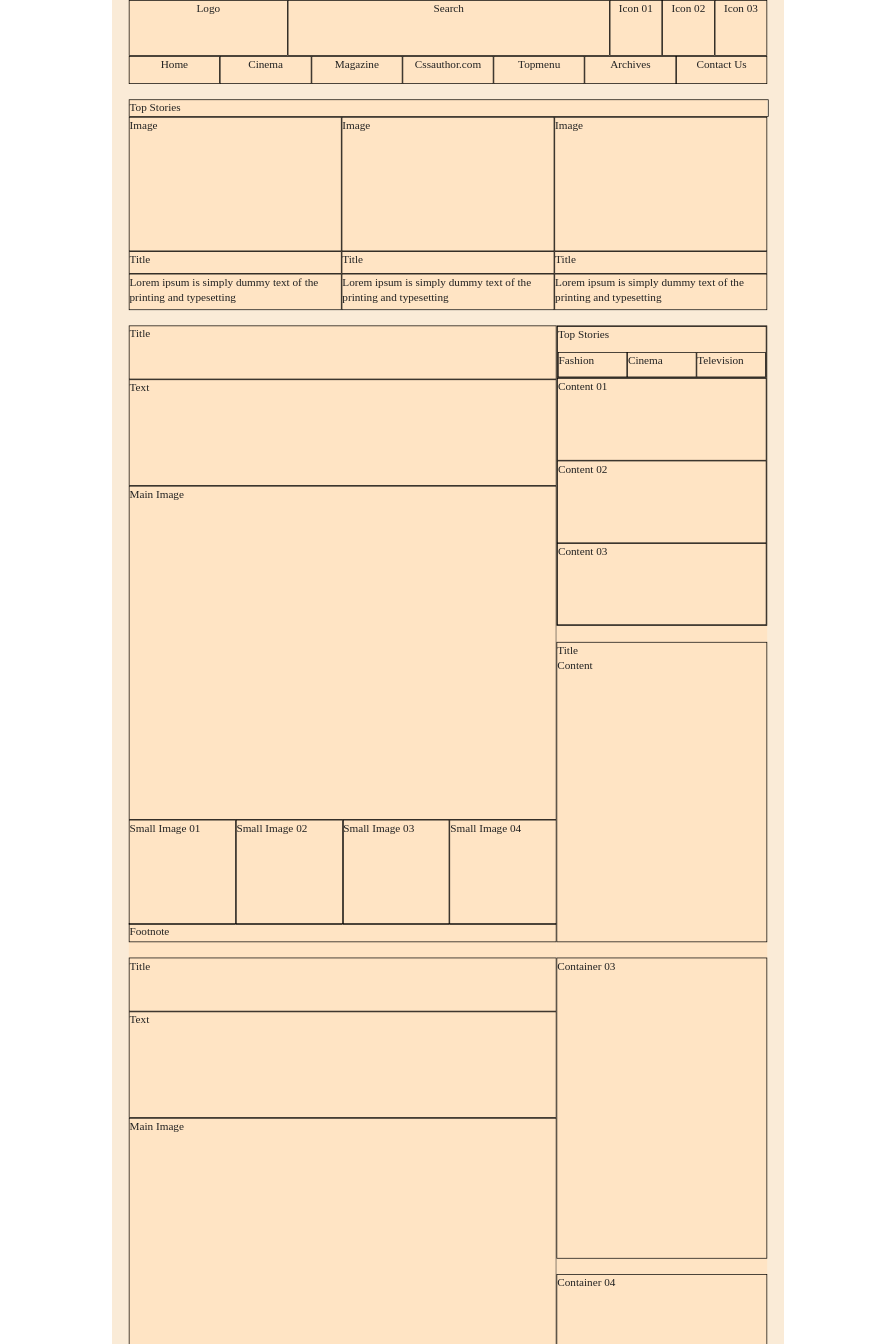
Repository: giovanabirck/cover-magazine-giovanabirck
Page: index.html
These files come from the project's save history. The page is drawn as it stood at one moment and after a run of saves; the edit follows.
The browser window is 1280 px wide. The pictures show the part of the page from y = 0 to 1920 px (the page is 5000 px tall), at 70% of full size.

Above is the page before, as saved 2023-01-14 12:15:54.

After the next 2 saves:
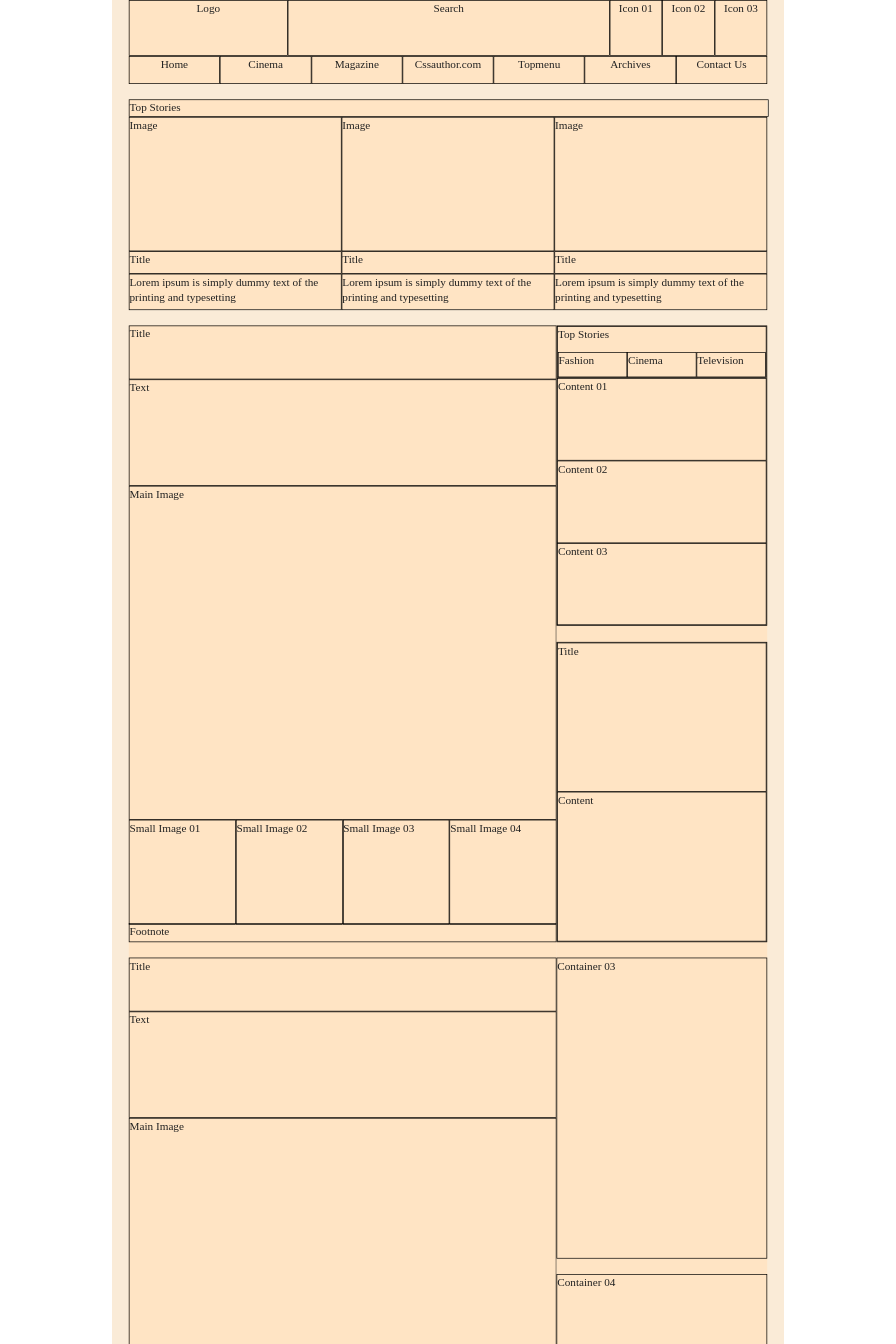
The 2 saves are shown as one change because they came seconds apart.
The last was saved 8 s later.
--- a/css/main.css
+++ b/css/main.css
@@ -467,9 +467,11 @@
 }
 
 .main-side-container02-title{
-
+  border: solid 1px black;
+  height: 100%;
 }
 
 .main-side-container02-content{
-
-}
+  border: solid 1px black;
+  height: 100%;
+}
